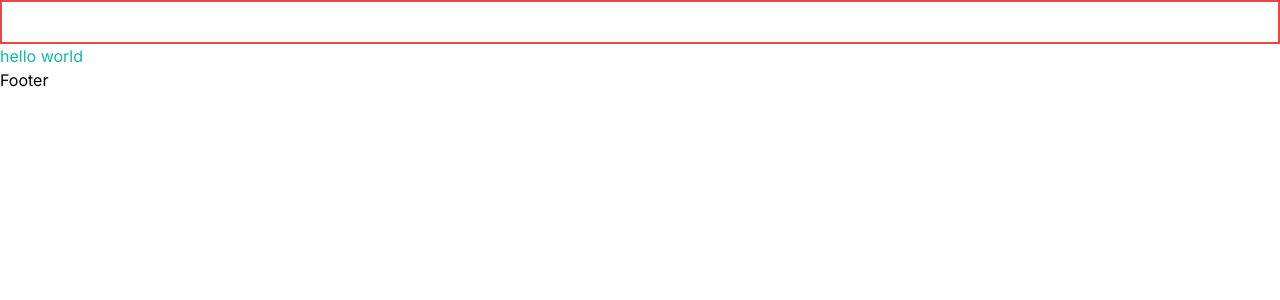
Repository: tarun4141/travel-app
Page: /
The author's editor kept a copy of each file at every save. The page is drawn from the files as they stood at one save, then again after a run of saves.
The browser window is 1280 px wide. The pictures show the whole page.
The project was rebuilt for these pictures with package versions that can differ from the ones it lists, and the page was loaded fresh each time. The framework's server and built-in components were replaced by stand-ins that run in the browser. Also part of the build but not shown: next.config.mjs.

Above is the page before, as saved 2024-06-23 01:22:30.

### app/layout.tsx
import type { Metadata } from "next";

import "./globals.css";
import Navbar from "@/components/Navbar";
import Footer from "@/components/Footer";



export const metadata: Metadata = {
  title: "Travel App",
  description: "Travel next app",
};

export default function RootLayout({
  children,
}: Readonly<{
  children: React.ReactNode;
}>) {
  return (
    <html lang="en">

      <body >

      <Navbar/>
      <main className="relative overflow-hidden">
      {children}

      </main>

      <Footer/>
      </body>
    </html>
  );
}

### app/page.tsx


export default function Home() {
  return (
   <h1 className="text-bold  text-teal-500">
    hello world

   </h1>
  );
}

### components/Navbar.tsx
import Link from 'next/link'
import React from 'react'

const Navbar = () => {
  return (
   <nav className='border-2
   border-red-500
  flexBetween max-container
  padding-container
  relative z-30 py-5 '>
   <Link href="/"> </Link>

   </nav>
  )
}

export default Navbar

Loaded but not shown: app/globals.css (common file); components/Footer.tsx (common file); tailwind.config.ts (common file)

After the next 5 saves:
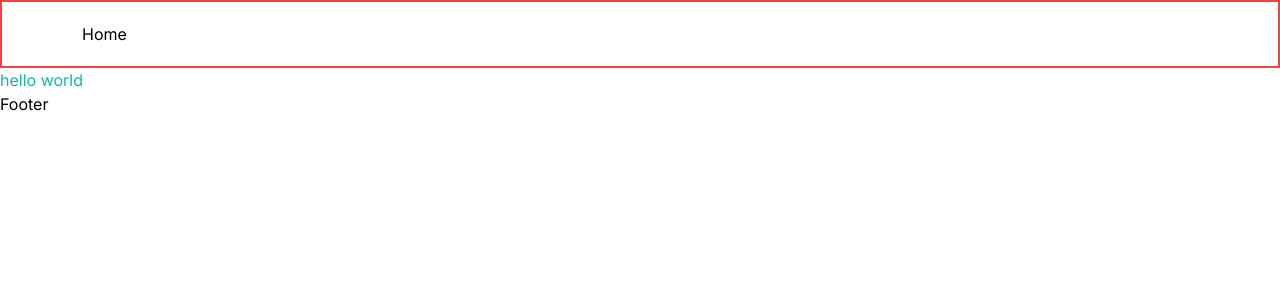
The 5 saves are shown as one change because they came seconds apart.
The last was saved 14 s later.
--- a/components/Navbar.tsx
+++ b/components/Navbar.tsx
@@ -8,7 +8,9 @@
   flexBetween max-container
   padding-container
   relative z-30 py-5 '>
-   <Link href="/"> </Link>
+   <Link href="/">
+   Home
+   </Link>
 
    </nav>
   )

After the 2 saves that followed:
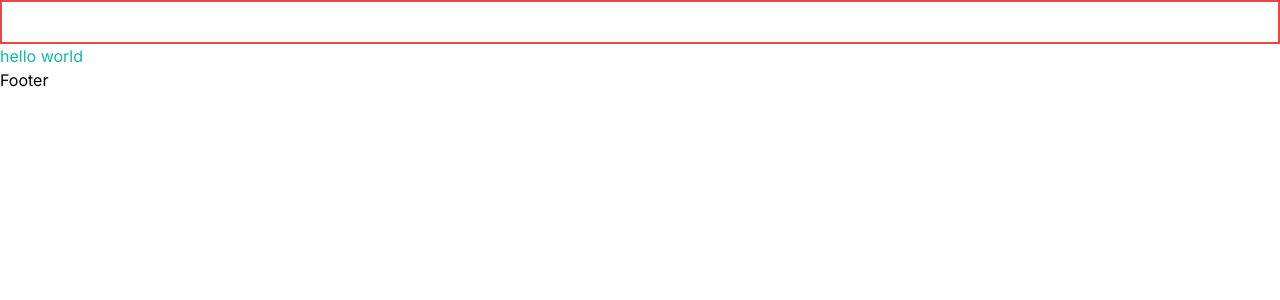
The 2 saves are shown as one change because they came seconds apart.
The last was saved 2 min 59 s later.
--- a/components/Navbar.tsx
+++ b/components/Navbar.tsx
@@ -9,7 +9,7 @@
   padding-container
   relative z-30 py-5 '>
    <Link href="/">
-   Home
+
    </Link>
 
    </nav>
